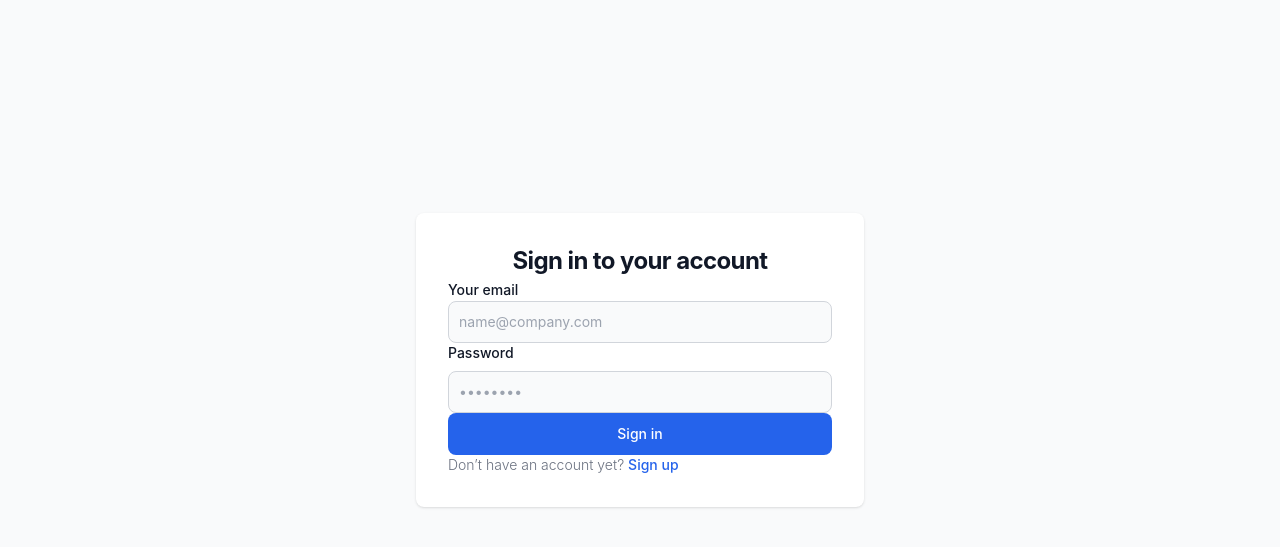
Repository: Than-sothearak/news-today
Page: /login (app in client/)
An editor plug-in stored every save of this project. The page is shown before and after the next save, followed by the edit.
The browser window is 1280 px wide. The pictures show the whole page.
The project was rebuilt for these pictures with package versions that can differ from the ones it lists, and the page was loaded fresh each time. Also part of the build but not shown: client/vite.config.js, client/data.js, client/src/components/Post.jsx, client/src/components/HeroBanner.jsx, client/src/page/Home.jsx, client/src/page/Register.jsx, client/src/page/Single.jsx, client/src/page/Write.jsx and 3 more.

Above is the page before, as saved 2023-03-05 17:45:40.

### client/index.html
<!DOCTYPE html>
<html lang="en">
  <head>
    <meta charset="UTF-8" />
    <link rel="icon" type="image/svg+xml" href="/vite.svg" />
    <meta name="viewport" content="width=device-width, initial-scale=1.0" />
    <title>News Today</title>
  </head>
  <body>
    <div id="root"></div>
    <script type="module" src="/src/main.jsx"></script>
  </body>
</html>

### client/src/App.jsx
import "./App.css";
import { createBrowserRouter, RouterProvider } from "react-router-dom";
import { Home } from "./page/Home";
import { Login } from "./page/Login";
import { Register } from "./page/Register";
import { Single } from "./page/Single";
import { Write } from "./page/Write";
import Layout from "./components/Layout";


const router = createBrowserRouter([
  {
    path: "/",
    element: <Layout />,
    children: [
      {
        path: "/",
        element:<Home />
      },
      {
        path: "/post/:id",
        element:<Single />
      },
      {
        path: "/write",
        element:<Write />
      },
    ]
  },
  {
    path: "/register",
    element: <Register />,
  },
  {
    path: "/login",
    element: <Login />,
  },
]);
export default function App() {
  return <RouterProvider router={router} />;
}

### client/src/index.css
@tailwind base;
@tailwind components;
@tailwind utilities;
:root {
  font-family: Inter, system-ui, Avenir, Helvetica, Arial, sans-serif;
  line-height: 1.5;
  font-weight: 400;

  color-scheme: light dark;
  color: rgba(255, 255, 255, 0.87);
  background-color: #242424;

  font-synthesis: none;
  text-rendering: optimizeLegibility;
  -webkit-font-smoothing: antialiased;
  -moz-osx-font-smoothing: grayscale;
  -webkit-text-size-adjust: 100%;
}

a {
  font-weight: 500;
  color: #646cff;
  text-decoration: inherit;
}
a:hover {
  color: #535bf2;
}

body {


  min-width: 332px;
  min-height: 100vh;
}

h1 {
  font-size: 3.2em;
  line-height: 1.1;
}

button {
  border-radius: 8px;
  border: 1px solid transparent;
  padding: 0.6em 1.2em;
  font-size: 1em;
  font-weight: 500;
  font-family: inherit;
  background-color: #1a1a1a;
  cursor: pointer;
  transition: border-color 0.25s;
}
button:hover {
  border-color: #646cff;
}
button:focus,
button:focus-visible {
  outline: 4px auto -webkit-focus-ring-color;
}

@media (prefers-color-scheme: light) {
  :root {
    color: #213547;
    background-color: #ffffff;
  }
  a:hover {
    color: #747bff;
  }
  button {
    background-color: #f9f9f9;
  }
}

### client/src/page/Login.jsx
import React from "react";
import { Link } from "react-router-dom";
export const Login = () => {
  return (
    <section className="bg-gray-50 dark:bg-gray-900">
      <div className="flex flex-col items-center justify-center px-6 py-8 mx-auto md:h-screen lg:py-0">
        <div className="w-full bg-white rounded-lg shadow dark:border md:mt-0 sm:max-w-md xl:p-0 dark:bg-gray-800 dark:border-gray-700">
          <div className="p-6 sm:p-8">
            <h1 className="text-xl font-bold leading-tight tracking-tight text-gray-900 md:text-2xl dark:text-white">
              Sign in to your account
            </h1>
            <form className="text-start" action="#">
              <div>
                <label
                  htmlFor="email"
                  className="text-start text-sm font-medium text-gray-900 dark:text-white"
                >
                  Your email
                </label>
                <input
                  type="email"
                  name="email"
                  id="email"
                  className="bg-gray-50 border border-gray-300 text-gray-900 sm:text-sm rounded-lg focus:ring-primary-600 focus:border-primary-600 block w-full p-2.5 dark:bg-gray-700 dark:border-gray-600 dark:placeholder-gray-400 dark:text-white dark:focus:ring-blue-500 dark:focus:border-blue-500"
                  placeholder="name@company.com"
                  required
                />
              </div>
              <div>
                <label
                  htmlFor="password"
                  className="block mb-2 text-sm font-medium text-gray-900 dark:text-white"
                >
                  Password
                </label>
                <input
                  type="password"
                  name="password"
                  id="password"
                  placeholder="••••••••"
                  className="bg-gray-50 border border-gray-300 text-gray-900 sm:text-sm rounded-lg focus:ring-primary-600 focus:border-primary-600 block w-full p-2.5 dark:bg-gray-700 dark:border-gray-600 dark:placeholder-gray-400 dark:text-white dark:focus:ring-blue-500 dark:focus:border-blue-500"
                  required
                />
              </div>

              <button
                type="submit"
                className="w-full text-white bg-primary-600 hover:bg-primary-700 focus:ring-4 focus:outline-none focus:ring-primary-300 font-medium rounded-lg text-sm px-5 py-2.5 text-center dark:bg-primary-600 dark:hover:bg-primary-700 dark:focus:ring-primary-800"
              >
                Sign in
              </button>
              <p className="text-sm font-light text-gray-500 dark:text-gray-400">
                Don’t have an account yet?{" "}
                <Link
                  to="/register"
                  className="font-medium text-primary-600 hover:underline dark:text-primary-500"
                >
                  Sign up
                </Link>
              </p>
            </form>
          </div>
        </div>
      </div>
    </section>
  );
};

### client/tailwind.config.cjs
/** @type {import('tailwindcss').Config} */
module.exports = {
  content: ["./index.html", "./src/**/*.{js,ts,jsx,tsx}"],
  darkMode: "class",
  theme: {

    extend: {
      colors: {
        primary: {
          50: "#eff6ff",
          100: "#dbeafe",
          200: "#bfdbfe",
          300: "#93c5fd",
          400: "#60a5fa",
          500: "#3b82f6",
          600: "#2563eb",
          700: "#1d4ed8",
          800: "#1e40af",
          900: "#1e3a8a",
        }
      },
      fontFamily: {
        body: [
          "Inter",
          "ui-sans-serif",
          "system-ui",
          "-apple-system",
          "system-ui",
          "Segoe UI",
          "Roboto",
          "Helvetica Neue",
          "Arial",
          "Noto Sans",
          "sans-serif",
          "Apple Color Emoji",
          "Segoe UI Emoji",
          "Segoe UI Symbol",
          "Noto Color Emoji",
        ],
        sans: [
          "Inter",
          "ui-sans-serif",
          "system-ui",
          "-apple-system",
          "system-ui",
          "Segoe UI",
          "Roboto",
          "Helvetica Neue",
          "Arial",
          "Noto Sans",
          "sans-serif",
          "Apple Color Emoji",
          "Segoe UI Emoji",
          "Segoe UI Symbol",
          "Noto Color Emoji",
        ],
      },
    },
  },

  plugins: [],
};

Loaded but not shown: client/src/main.jsx (common file); client/src/App.css (common file)

After the next save:
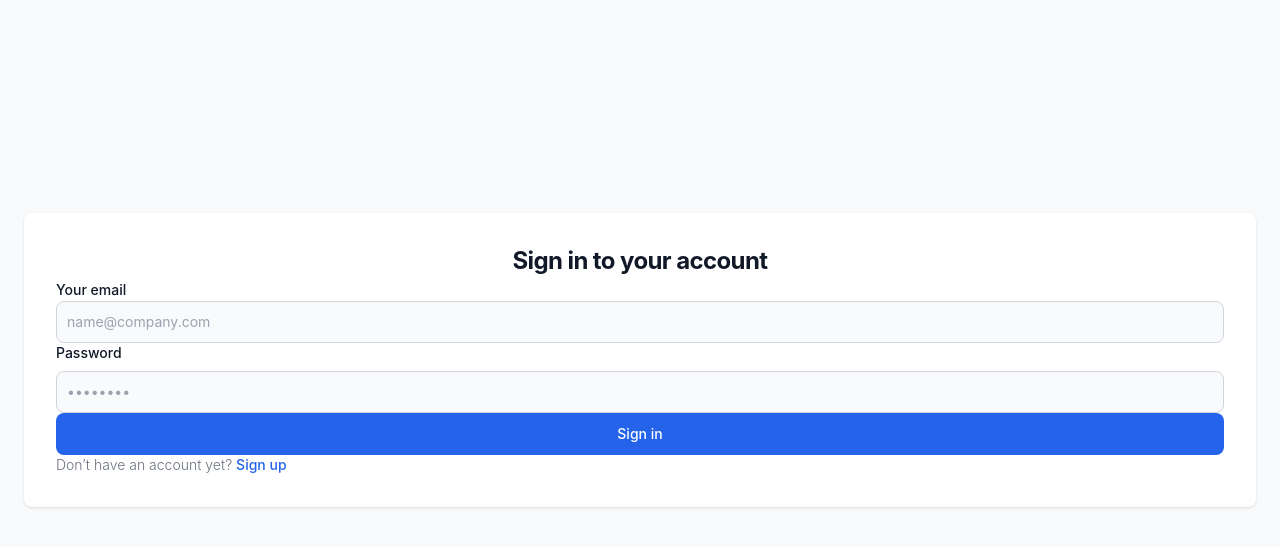
Saved 52 s later.
--- a/client/src/page/Login.jsx
+++ b/client/src/page/Login.jsx
@@ -4,7 +4,7 @@ export const Login = () => {
   return (
     <section className="bg-gray-50 dark:bg-gray-900">
       <div className="flex flex-col items-center justify-center px-6 py-8 mx-auto md:h-screen lg:py-0">
-        <div className="w-full bg-white rounded-lg shadow dark:border md:mt-0 sm:max-w-md xl:p-0 dark:bg-gray-800 dark:border-gray-700">
+        <div className="w-full bg-white rounded-lg shadow dark:border dark:bg-gray-800 dark:border-gray-700">
           <div className="p-6 sm:p-8">
             <h1 className="text-xl font-bold leading-tight tracking-tight text-gray-900 md:text-2xl dark:text-white">
               Sign in to your account
